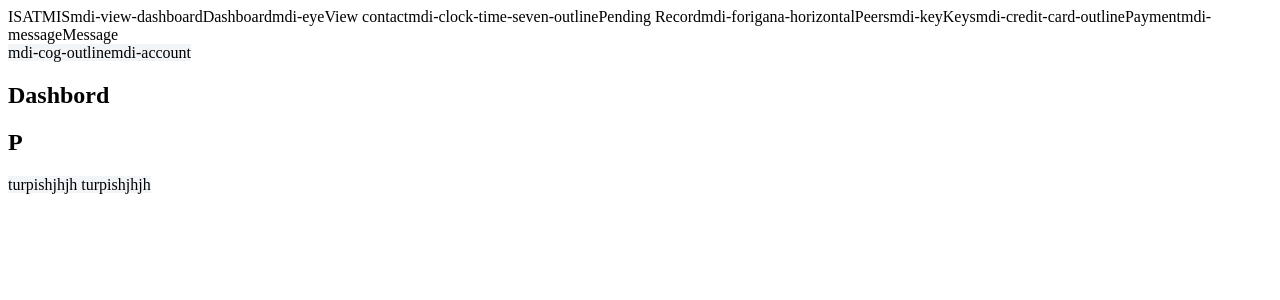
Repository: umarrg/isatmis
Page: /home
These files come from the project's save history. The page is drawn as it stood at one moment and after a run of saves; the edit follows.
The browser window is 1280 px wide. The pictures show the whole page.
The project was rebuilt for these pictures with package versions that can differ from the ones it lists, and the page was loaded fresh each time. Also part of the build but not shown: vue.config.js. Imported but missing from the stored project, and not drawn on this page: src/plugins/vuetify.

Above is the page before, as saved 2021-01-26 00:26:58.

After the next 2 saves:
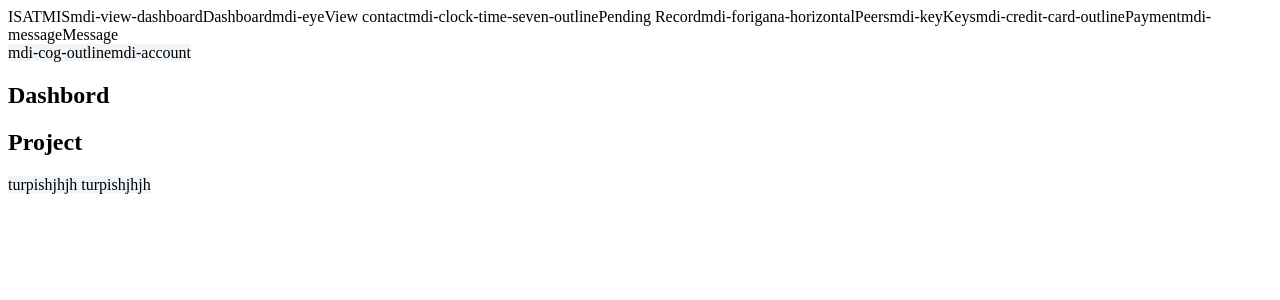
The 2 saves are shown as one change because they came seconds apart.
The last was saved 6 s later.
--- a/src/views/Home.vue
+++ b/src/views/Home.vue
@@ -38,7 +38,7 @@
       <v-row >
         <v-col cols="12" md="4" sm="6">
           <v-alert border="bottom" colored-border color="blue" elevation="2">
-            <h2>P</h2>
+            <h2>Project <a href="A"></a></h2>
           </v-alert>
         </v-col>
         <v-col cols="12" md="4" sm="6">
